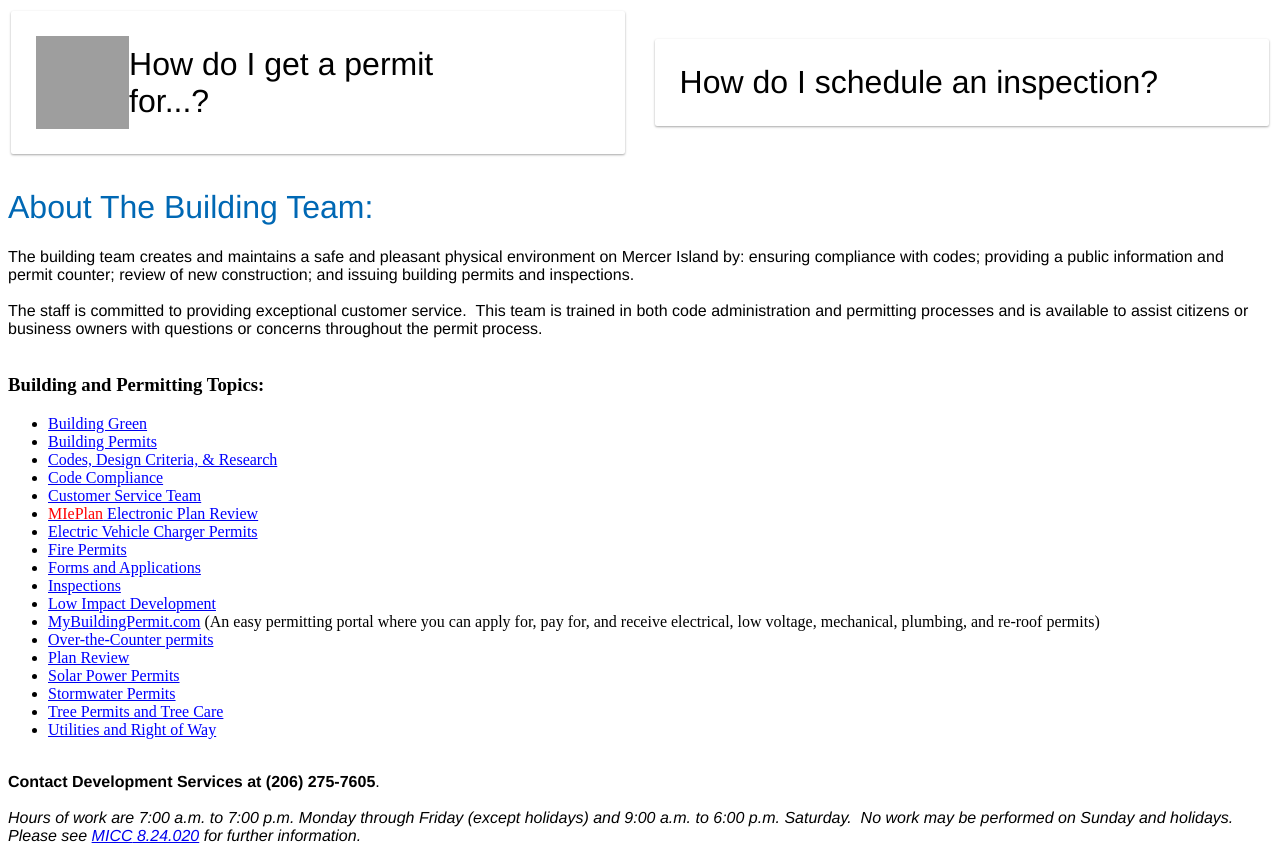
Repository: CharlieMisner/Mercer-Island-Website-Templates
Page: building-main-page/building-main-page.html
The author's editor kept a record of every edit. The page is drawn from the files as they stood at one moment, then again after the next edit.
The browser window is 1280 px wide. The pictures show the whole page.
Pictures or frames that could not be fetched are drawn as grey boxes.

Above is the page before.

### building-main-page/building-main-page.html
<table class="card-table">
    <tbody>
        <tr>
            <td style="width: 50%;">
                <div class="card main-choice margin-right">
                    <img alt="How do I get a permit for...?" height="93px" src="../SIB/images/building-permits.png" width="93px" />
                    <a href="http://www.mercergov.org/Page.asp?NavID=2606">How do I get a permit for...?</a>
                </div>
            </td>
            <td style="width: 50%;">
                <div class="card main-choice margin-left" href="http://www.mercergov.org/Page.asp?NavID=2610">How do I schedule an inspection?
                </div>
            </td>
        </tr>
    </tbody>
</table>

<h1>About The Building Team:</h1>

<p>The building team creates and maintains a safe and pleasant physical environment on Mercer Island by: ensuring compliance with codes; providing a public information and permit counter; review of new construction; and issuing building permits and inspections.<br
    />
    <br /> The staff is committed to providing exceptional customer service. &nbsp;This team is trained in both code administration and permitting processes and is available to assist citizens or business owners with questions or concerns throughout the
    permit process.<br /> &nbsp;
</p>

<h3>Building and Permitting Topics:</h3>

<ul>
    <li><a href="http://www.mercergov.org/Page.asp?NavID=2668"><span style="color: rgb(0, 0, 255);">Building Green</span></a></li>
    <li><a href="http://www.mercergov.org/Page.asp?NavID=2606"><span style="color: rgb(0, 0, 255);">Building Permits</span></a></li>
    <li><a href="http://www.mercergov.org/Page.asp?NavID=2615"><span style="color: rgb(0, 0, 255);">Codes, Design Criteria, &amp; Research</span></a></li>
    <li><a href="http://www.mercergov.org/Page.asp?NavID=2802"><span style="color: rgb(0, 0, 255);">Code Compliance</span></a></li>
    <li><a href="http://www.mercergov.org/Page.asp?NavID=2623"><span style="color: rgb(0, 0, 255);">Customer Service Team</span></a></li>
    <li><a href="http://www.mercergov.org/Page.asp?NavID=2619"><span style="color: rgb(255, 0, 0);">MIePlan</span><span style="color: rgb(0, 0, 255);"> Electronic Plan Review</span></a><span style="color: rgb(0, 0, 255);">&nbsp;</span></li>
    <li><a href="http://www.mercergov.org/Page.asp?NavID=3141"><span style="color: rgb(0, 0, 255);">Electric Vehicle Charger Permits</span></a></li>
    <li><a href="http://www.mercergov.org/Page.asp?NavID=2614"><span style="color: rgb(0, 0, 255);">Fire Permits</span></a></li>
    <li><a href="http://www.mercergov.org/Page.asp?NavID=675"><span style="color: rgb(0, 0, 255);">Forms and Applications</span></a></li>
    <li><a href="http://www.mercergov.org/Page.asp?NavID=2610"><span style="color: rgb(0, 0, 255);">Inspections</span></a></li>
    <li><a href="http://www.mercergov.org/Page.asp?NavID=2660"><span style="color: rgb(0, 0, 255);">Low Impact Development</span></a></li>
    <li><a href="http://www.mercergov.org/Page.asp?NavID=2617"><span style="color: rgb(0, 0, 255);">MyBuildingPermit.com</span></a> (An easy permitting portal where you can apply for, pay for, and receive electrical, low voltage, mechanical, plumbing, and
        re-roof permits)</li>
    <li><a href="http://www.mercergov.org/Page.asp?NavID=2621"><span style="color: rgb(0, 0, 255);">Over-the-Counter permits</span></a></li>
    <li><a href="http://www.mercergov.org/Page.asp?NavID=2618"><span style="color: rgb(0, 0, 255);">Plan Review</span></a></li>
    <li><a href="http://www.mercergov.org/Page.asp?NavID=3053"><span style="color: rgb(0, 0, 255);">Solar Power Permits</span></a></li>
    <li><a href="http://www.mercergov.org/Page.asp?NavID=2680"><span style="color: rgb(0, 0, 255);">Stormwater Permits</span></a></li>
    <li><a href="http://www.mercergov.org/Page.asp?NavID=2636"><span style="color: rgb(0, 0, 255);">Tree Permits and Tree Care</span></a></li>
    <li><a href="http://www.mercergov.org/Page.asp?NavID=2622"><span style="color: rgb(0, 0, 255);">Utilities and Right of Way</span></a></li>
</ul>

<p><br />
    <strong>Contact Development Services at (206) 275-7605</strong>.<br />
    <br />
    <em>Hours of work are 7:00 a.m. to 7:00 p.m. Monday through Friday (except holidays) and 9:00 a.m. to 6:00 p.m. Saturday.&nbsp; No work may be performed on Sunday and holidays.</em><em>&nbsp; </em><em>Please see </em><a href="http://www.codepublishing.com/wa/mercerisland/html/MercerIsland08/MercerIsland0824.html#8.24.020"><em>MICC</em><em> 8.24.020</em></a><em> for further information.</em></p>
<style type="text/css">
    .HeadLineText {
        color: #0068B4;
        display: block;
        width: 100%;
        text-align: center;
        font-family: Helvetica;
        font-size: 2.5em;
    }

    h1 {
        color: #0068B4;
        font-family: Helvetica;
        font-weight: normal;
        font-size: 2em;
    }

    p {
        font-family: Helvetica;
        font-weight: normal;
    }

    .card-table {
        width: 100%;
        height: 3em;
        font-family: Helvetica;
        margin-bottom: 2em;
        border: collapse;
    }

    .card {
        background: #fff;
        border-radius: 2px;
        display: flex;
        flex-direction: row;
        align-content: center;
        align-items: center;
        position: relative;
        box-shadow: 0 1px 3px rgba(0, 0, 0, 0.12), 0 1px 2px rgba(0, 0, 0, 0.24);
        transition: all 0.3s cubic-bezier(.25, .8, .25, 1);
        cursor: pointer;

    }

    .card:hover {
        box-shadow: 0 14px 28px rgba(0, 0, 0, 0.25), 0 10px 10px rgba(0, 0, 0, 0.22);
    }

    .card-table .card {
        padding: 4%;
    }

    .main-choice {
        font-size: 2em;
    }

    .margin-left {
        width: 90%;
        margin-left: 2%;
    }

    .margin-right {
        width: 90%;
        margin-right: 2%;
    }

    .card a {
        text-decoration: none;
        display: block;
        color: black;
        height: 100%;
        width: 60%;
    }
</style>

After the next edit:
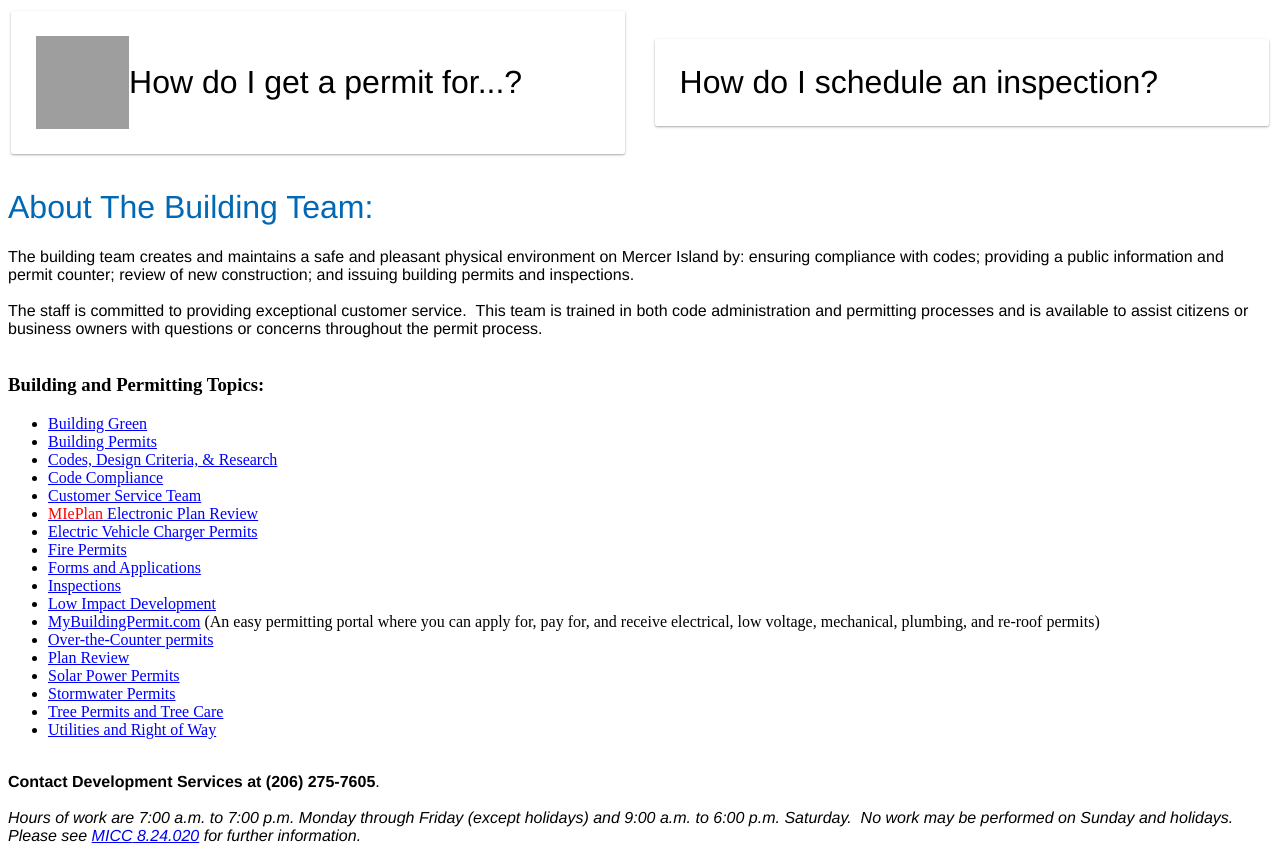
The edit:
--- a/building-main-page/building-main-page.html
+++ b/building-main-page/building-main-page.html
@@ -122,6 +122,5 @@
         display: block;
         color: black;
         height: 100%;
-        width: 60%;
     }
 </style>
